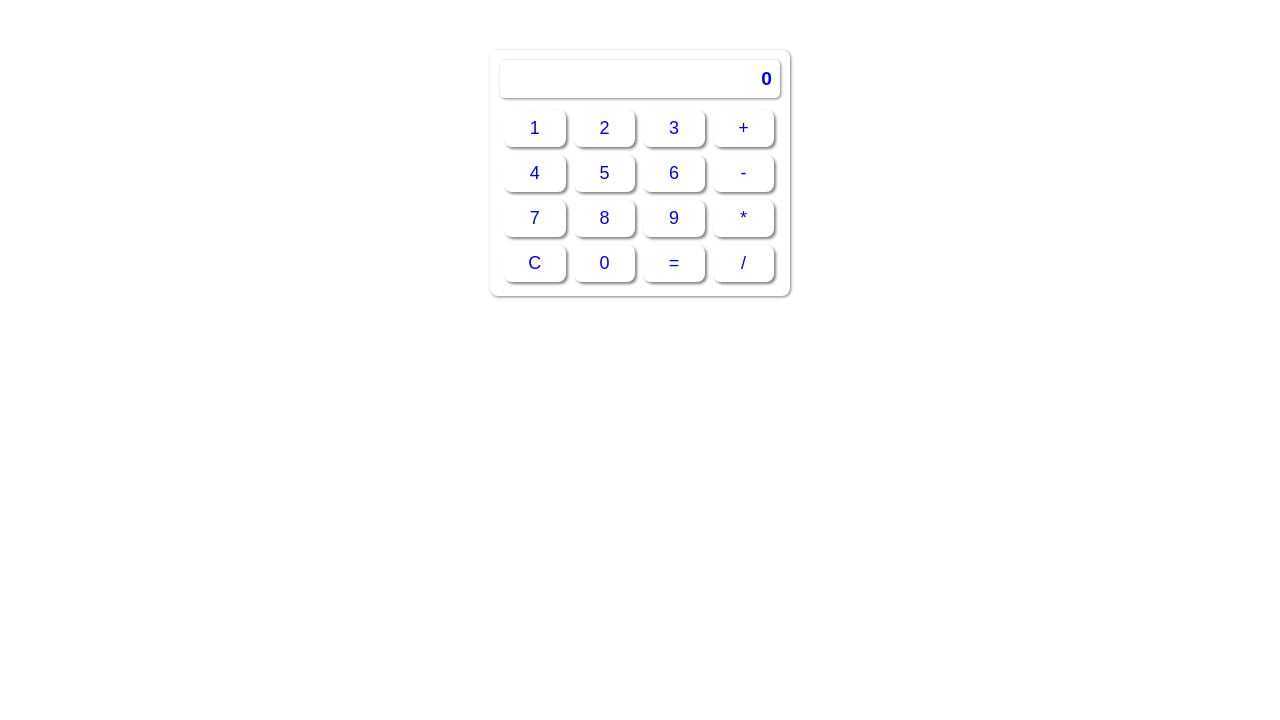
Repository: qudos4real/calculator
Page: /
The author's editor kept a copy of each file at every save. The page is drawn from the files as they stood at one save, then again after the next save.
The browser window is 1280 px wide. The pictures show the whole page.
The project was rebuilt for these pictures with package versions that can differ from the ones it lists, and the page was loaded fresh each time.

Above is the page before, as saved 2022-10-09 14:29:56.

After the next save:
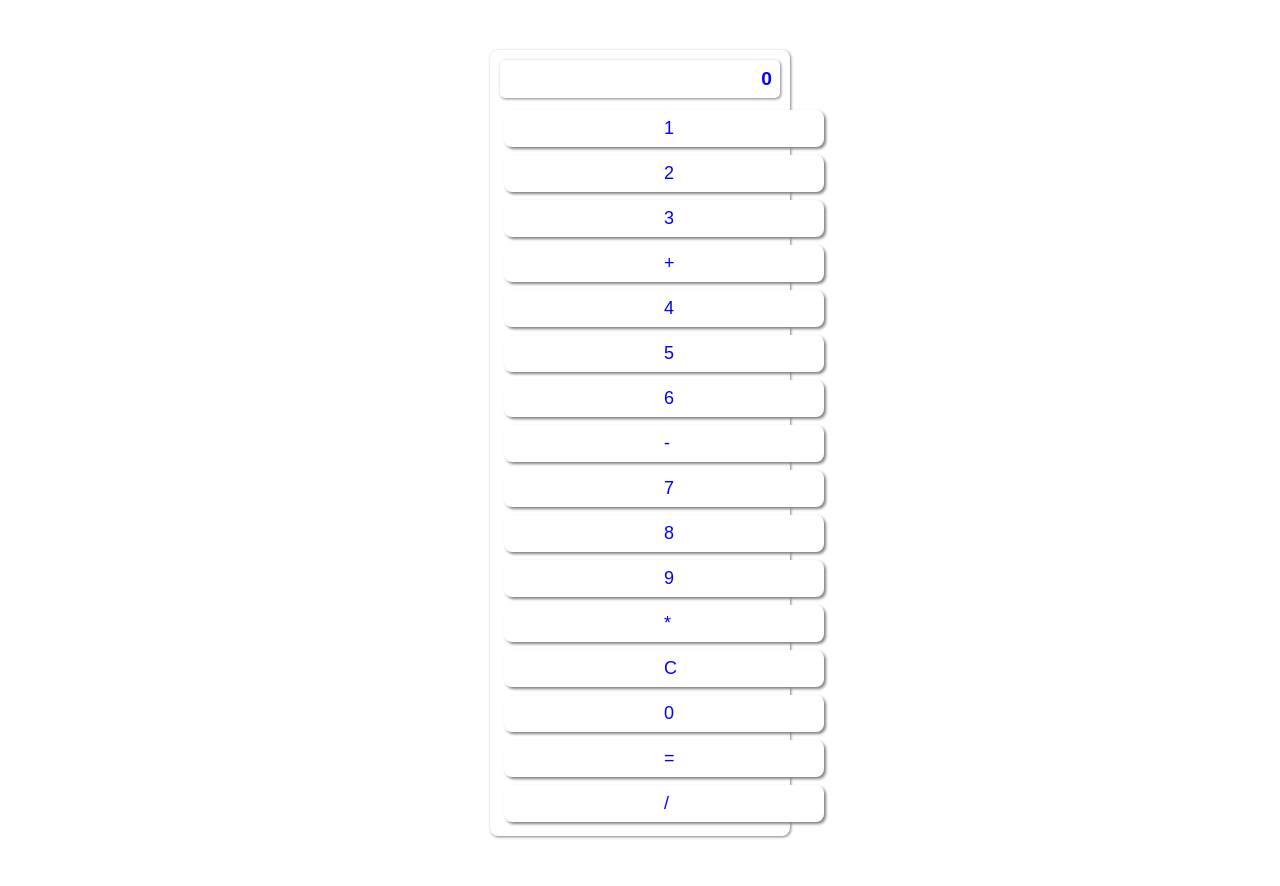
Saved 21 s later.
--- a/src/components/Calculator.css
+++ b/src/components/Calculator.css
@@ -12,7 +12,7 @@
 .num {
     width: 22%;
     font-size: large;
-    padding: 0.5rem 1rem;
+    padding: 0.5rem 10rem;
     margin: 0.25rem;
     border: none;
     box-shadow: 2px 2px 3px grey;
